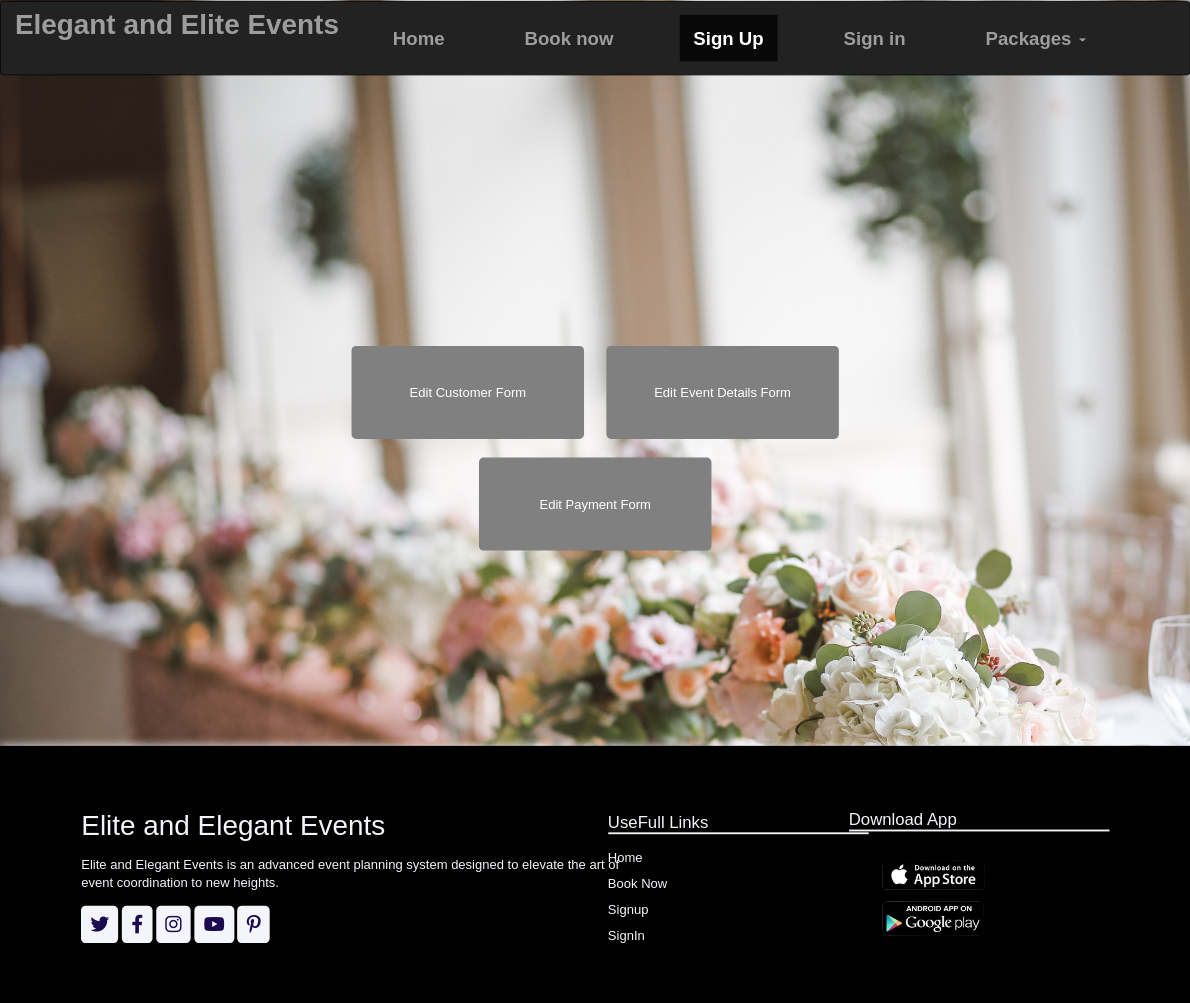
Repository: it22272690/Event-Planning-System
Page: http://localhost/PaymentDemo/useraccount.jsp
These files come from the project's save history. The page is drawn as it stood at one moment and after the next save; the edit follows.
The browser window is 1280 px wide. The pictures show the whole page, at 93% of full size.
Some web fonts or font styles are not loaded; a fallback is used. The page is served by Tomcat 10. Other server files are loaded and not shown.

Above is the page before, as saved 2023-10-24 12:40:05.

### PaymentDemo/src/main/webapp/useraccount.jsp
<%@ page language="java" contentType="text/html; charset=ISO-8859-1"
    pageEncoding="ISO-8859-1"%>
<!DOCTYPE html>
<html>
<head>
    <meta charset="UTF-8">
    <meta name="viewport" content="width=device-width, initial-scale=1.0">
    <title>User Profile</title>

    <link rel="stylesheet" type="text/css" href="css\useraccount.css">
    <link rel="stylesheet" type="text/css" href="css\home.css">
   <title>Bootstrap Example</title>
        <meta charset="utf-8">
        <meta name="viewport" content="width=device-width, initial-scale=1">
        <link rel="stylesheet" href="https://maxcdn.bootstrapcdn.com/bootstrap/3.4.1/css/bootstrap.min.css">
        <script src="https://ajax.googleapis.com/ajax/libs/jquery/3.6.4/jquery.min.js"></script>
        <script src="https://maxcdn.bootstrapcdn.com/bootstrap/3.4.1/js/bootstrap.min.js"></script>
         <!-- Style Css Link -->
    <link rel="stylesheet" href="css/footer.css">
    <!-- Style Css Link -->

    <!-- Font Awesome Cdn -->
    <link rel="stylesheet" href="https://cdnjs.cloudflare.com/ajax/libs/font-awesome/6.4.0/css/all.min.css">
    <!-- Font Awesome Cdn -->

    <!-- Google Font links -->
    <link rel="preconnect" href="https://fonts.googleapis.com">
    <link rel="preconnect" href="https://fonts.gstatic.com" crossorigin>
    <link href="https://fonts.googleapis.com/css2?family=Josefin+Sans:wght@500&display=swap" rel="stylesheet">
    <!-- Google Font links -->
    </head>
    <body>
     <style>

        body {
            font-family: 'Times New Roman';
            background-color: #f0f0f0;
            text-align: center;
            background-image: url("images/useraccount.jpg");
            background-size: cover
        }
        button {
	width: 200px;
    height: 200px;
    padding: 30px 30px;
    background-color:  rgb(128, 128, 128);
    color: #;
    border: none;
    border-radius: 5px;
    cursor: pointer;
    margin: 10px; /* Increase the margin for more space between buttons */

}
    </style>
        <header>

            <nav class="navbar navbar-inverse">

                <div class="container-fluid">
                    <div class="navbar-header">

                        <a class="navbar-brand" href="#"><b style="font-size:30px;">Elegant and Elite Events</b></a>

                    </div>
                    <ul class="nav navbar-nav">

                        <li><a href="Home.jsp">Home</a></li>
                        <li><a href="Navigate.jsp">Book now</a></li>
                        <li class="active"><a href="Signup.jsp">Sign Up</a></li>
                        <li><a href="Signin.jsp">Sign in</a></li>
                        <li class="dropdown"> <!-- Dropdown Menu -->
                        <a href="#" class="dropdown-toggle" data-toggle="dropdown">Packages <span class="caret"></span></a>
                        <ul class="dropdown-menu">
                            <li class="center-text"><a href="food.jsp">Food and Beverages</a></li>
                            <li class="center-text"><a href="deco.jsp">Decorations</a></li>
                            <li class="center-text"><a href="entertain.jsp">Entertainment</a></li>
                            <li class="center-text"><a href="#">Hotels</a></li>

                            </ul>
                            </li>


                    </ul>
                </div>
            </nav>

        </header>
    </head>
    <body>
        <br><br>
        <div class="container">

            <div class="user-info">

                <!-- Display user information here (e.g., name, email, etc.) -->
            </div>
            <div class="user-actions">
                <button id="edit-customer" style="color:white; width:250px; height:100px;">Edit Customer Form</button>
                <button id="edit-event" style="color:white; width:250px; height:100px;">Edit Event Details Form</button>
                <button id="edit-payment" style="color:white; width:250px; height:100px;">Edit Payment Form</button>
            </div>
        </div>
       <footer id="footer">
    <div class="footer-content">
        <div class="row" id="row1">
            <a href="#" id="footer-logo">Elite and Elegant Events</a>
            <p>Elite and Elegant Events is an advanced event planning system designed to elevate the art of event coordination to new heights.</p>
            <div class="socail-links">
                <i class="fa-brands fa-twitter"></i>
                <i class="fa-brands fa-facebook-f"></i>
                <i class="fa-brands fa-instagram"></i>
                <i class="fa-brands fa-youtube"></i>
                <i class="fa-brands fa-pinterest-p"></i>
            </div>
        </div>
        <div class="row" id="row2">
            <h3>UseFull Links</h3>
            <ul>
                <li><a href="#">Home</a></li>
                <li><a href="#">Book Now</a></li>
                <li><a href="#">Signup</a></li>
                <li><a href="#">SignIn</a></li>

            </ul>
        </div>

        <div class="row" id="row4">
            <h3>Download App</h3>
            <img src="images/app.png" alt="foot">
        </div>
    </div>
</footer>
    </body>
</html>

### PaymentDemo/src/main/webapp/css/useraccount.css
body {
    font-family: Arial, sans-serif;
    background-color: rgb(128, 128, 128);
    margin: 0;
    padding: 0;
    background-image: url("userprofile.jpg");
}

.container {
    max-width: 700px;
    margin: 0 auto;
    padding: 200px;
    border-radius: 10px;
}

h1 {
    text-align: center;
}

.user-info {
    margin: 20px 0;
    color:aliceblue;
}

.user-actions {

    text-align: center;


}

button {
	width: 200px;
    height: 200px;
    padding: 30px 30px;
    background-color: rgb(128, 128, 128);
    color: #fff;
    border: none;
    border-radius: 5px;
    cursor: pointer;
    margin: 10px; /* Increase the margin for more space between buttons */

}

button:hover {
    background-color: #c6d0db;
}

footer {
    background-color: #222; /* Dark background for footer */
    padding: 10px;
    text-align: left;
}

.contact, .social-media {
    display: inline-block;
    margin: 0 20px;
    text-align: left;
    color: #fff;
}

.social-media a {
    color: #fff;
    text-decoration: none;
    margin: 5px;
    text-align: left;
}

### PaymentDemo/src/main/webapp/css/home.css

.button {
    display: inline-block;
    padding: 10px 20px;
    background-color: #D2691E;
    color: #fff;
    text-decoration: none;
    border-radius: 10px;
    margin-right: 10px;
}

body {
    font-family: 'Courier New';
    margin: 0;
    padding: 0;
    background-color: rgb(0, 0, 255);
    color: #fff;
}

header {
    display: flex;
    font-family: Arial;
    font-size: 20px;
    align-items: center;

    padding: 1px 0;
    justify-content: space-between; /* Center buttons horizontally */
}

    header img {
        width: 100px; /* Adjust the width as needed */
        height: auto; /* Preserve the aspect ratio */
        margin-left: 20px; /* Add some left margin to the logo */
    }

nav ul {
    list-style-type: none;
    padding: 0;
    text-align: center; /* Center buttons vertically */
}

    nav ul li {
        display: inline;
        float: right;
        display: block;
        color: white;
        padding: 14px 18px;
        text-decoration: none;
    }

        nav ul li a {
            color: #fff;
            text-decoration: none;
            font-weight: bold;
            margin: 0 10px; /* Add some horizontal spacing between the buttons */
        }

.services {
    display: flex;
    flex-wrap: wrap;
    justify-content: center;
    margin: 20px auto;
    max-width: 1200px;
    color: #8B4513; /* Set the text color to white for visibility */
}

.service {
    background-color: #fff;
    border: 1px solid #FF4500; /* Slightly darker border */
    border-radius: 5px;
    padding: 20px;
    margin: 10px;
    text-align: center;
    width: calc(33.33% - 20px);
}

footer {
    background-color: #222; /* Dark background for footer */
    padding: 20px;
    text-align: left;
}

.contact, .social-media {
    display: inline-block;
    margin: 0 20px;
    text-align: left;
    color: #fff;
}

    .social-media a {
        color: #fff;
        text-decoration: none;
        margin: 5px;
        text-align: left;
    }

/* Add this CSS to style the search bar */
.search-section {
    display: flex;
    align-items: center;
}

.search-bar {
    padding: 10px;
    border: 1px solid #ccc;
    border-radius: 5px;
    margin-right: 10px;
    width: 200px; /* Adjust the width as needed */
    outline: none; /* Remove the outline on focus */
}

    .search-bar::placeholder {
        color: #999; /* Placeholder text color */
    }

.search-button {
    background-color: #D2691E;
    color: #fff;
    padding: 10px 20px;
    border: none;
    border-radius: 5px;
    cursor: pointer;
    font-weight: bold;
}

### PaymentDemo/src/main/webapp/css/footer.css
*{
    margin: 0;
    padding: 0;
    box-sizing: border-box;
    text-decoration: none;
    list-style: none;
    scroll-behavior: smooth;
    font-family: 'Josefin Sans', sans-serif;
}
html::-webkit-scrollbar-track{
    background: transparent;
}
html::-webkit-scrollbar-thumb{
    background: #f4f5fb;
    border-radius: 10px;
}
html::-webkit-scrollbar{
    width: 10px;
}
body{
    background: #fff;
}


/* Footer Start */
#footer{
    width: 100%;
    padding: 50px 8% 50px;
    background-color: black;
    box-shadow: 10px 10px 10px 10px #f4f5fb;
}
.footer-content{
    display: grid;
    grid-template-columns: repeat(auto-fit, minmax(250px, auto));
    align-items: center;
    gap: 0.90rem;
}
#footer #row1{
    position: relative;
    overflow: hidden;
}
#footer #row1 #footer-logo{
    font-size: 30px;
    color: #f4f5fb;
}
#footer #row1 p{
    color: #f4f5fb;
    margin-top: 10px;
}
.socail-links{
    margin-top: 15px;
}
.socail-links i{
    color: #1c0a51;
    background: #f4f5fb;
    font-size: 20px;
    padding: 10px;
    border-radius: 5px;
    cursor: pointer;
}
#row2 h3{
    font-size: 18px;
    color: #f4f5fb;
    border-bottom: 2px solid #f4f5fb;
}
#row2 ul{
    margin-top: 15px;
}
#row2 ul li{
    margin-top: 8px;
}
#row2 ul li a{
    color: #f4f5fb;
    transition: 0.5s ease;
}
#row2 li a:hover{
    border-bottom: 1px solid #f4f5fb;
}
#row3 h3{
    font-size: 18px;
    color: #f4f5fb;
    border-bottom: 2px solid #f4f5fb;
}
#row3 ul{
    margin-top: 15px;
}
#row3 ul li{
    margin-top: 8px;
}
#row3 ul li a{
    color: #f4f5fb;
    transition: 0.5s ease;
}
#row3 li a:hover{
    border-bottom: 1px solid #f4f5fb;
}
#row4 h3{
    font-size: 18px;
    color: #f4f5fb;
    border-bottom: 2px solid #f4f5fb;
}
#row4 img{
    width: 180px;
    cursor: pointer;
}
/* Footer End */

After the next save:
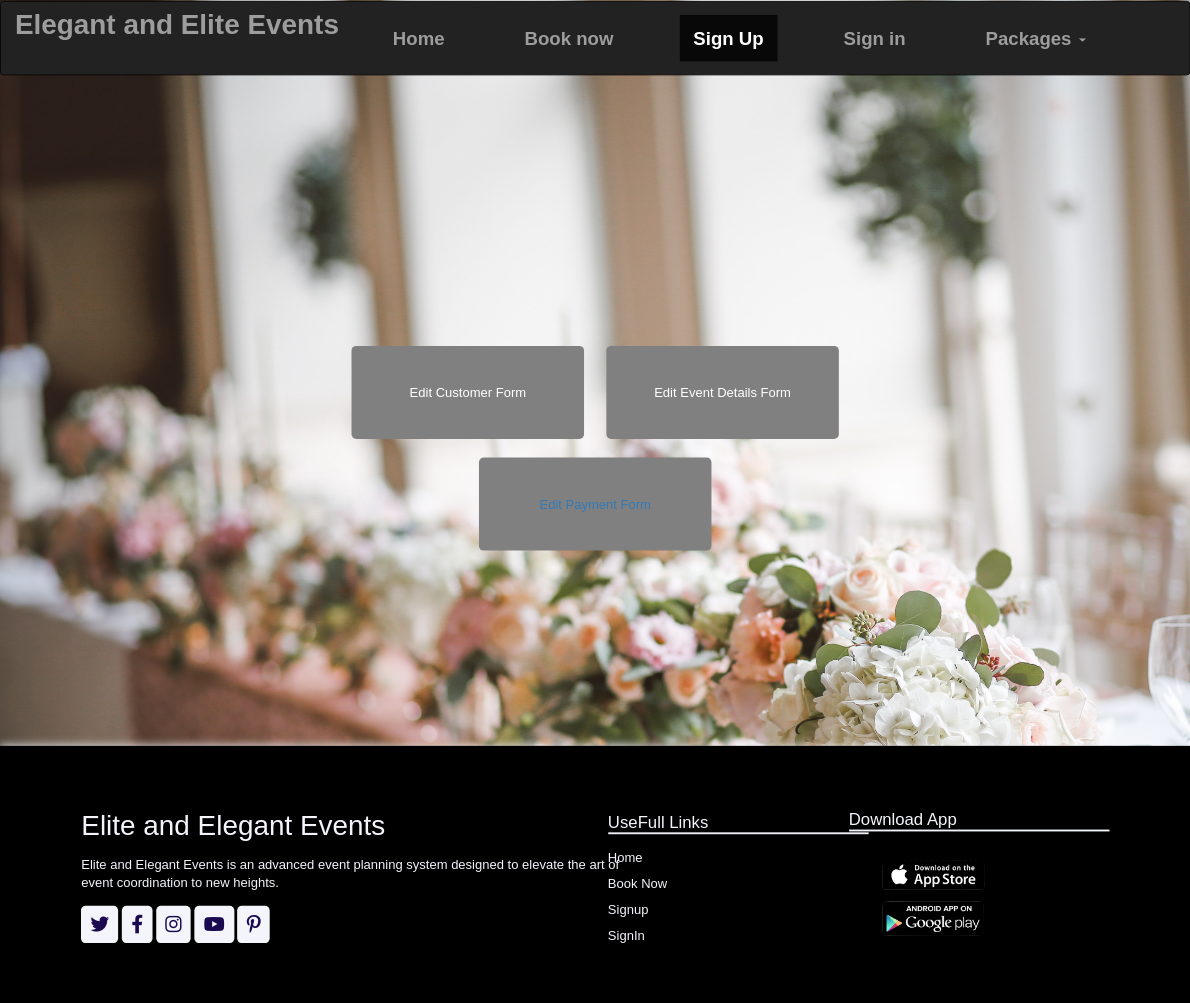
Saved 17 h 13 min later.
--- a/PaymentDemo/src/main/webapp/useraccount.jsp
+++ b/PaymentDemo/src/main/webapp/useraccount.jsp
@@ -97,7 +97,7 @@
             <div class="user-actions">
                 <button id="edit-customer" style="color:white; width:250px; height:100px;">Edit Customer Form</button>
                 <button id="edit-event" style="color:white; width:250px; height:100px;">Edit Event Details Form</button>
-                <button id="edit-payment" style="color:white; width:250px; height:100px;">Edit Payment Form</button>
+                <button id="edit-payment" style="color:white; width:250px; height:100px;"><a href="Payment.jsp">Edit Payment Form</a></button>
             </div>
         </div>
        <footer id="footer">
